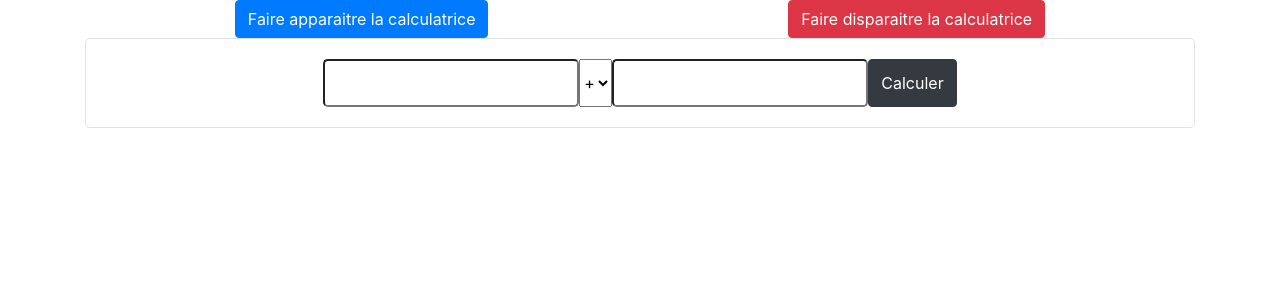
Repository: julieLyM/calculatrice
Page: calculatrice.html
These files come from the project's save history. The page is drawn as it stood at one moment and after a run of saves; the edit follows.
The browser window is 1280 px wide. The pictures show the whole page.

Above is the page before, as saved 2020-12-08 15:19:12.

### calculatrice.html
<!DOCTYPE html>
<html lang="fr">
  <head>
    <meta charset="UTF-8">
    <meta name="viewport" content="width=device-width, initial-scale=1.0">
		<link rel="stylesheet" href="https://cdn.jsdelivr.net/npm/bootstrap@4.5.3/dist/css/bootstrap.min.css" integrity="sha384-TX8t27EcRE3e/ihU7zmQxVncDAy5uIKz4rEkgIXeMed4M0jlfIDPvg6uqKI2xXr2" crossorigin="anonymous">

    <title>exercice calculatrice</title>
  </head>
  <body>
    <div class="container-fluid">
      <div class="container">

        <div class="row justify-content-around" style="margin: 0 auto; text-align:center">
            <button class="btn btn-primary" id="appear" >Faire apparaitre la calculatrice </button>
            <button class="btn btn-danger" id="disapear">Faire disparaitre la calculatrice</button>
        </div>


        <div class="row justify-content-center border w-100 rounded-lg" id="blocCal"  style="padding: 20px;margin: 0px auto; text-align:center">

          <input type="text" class="rounded-lg" value="" id="nombre1">

          <select name="calcul" id="operateur">
            <option>+</option>
            <option>-</option>
            <option>*</option>
            <option>/</option>
          </select>

          <input type="text" class="rounded-lg" value="" id="nombre2">
          <br>
          <br>
          <button type="button" class="btn btn-dark" id="calculer">Calculer</button>
          <br>

          <br>
    </div>
    <div class="row justify-content-center">
      <div id="message"></div>
    </div>
  </div>
</div>
    <!--APPEL JQUERY-->
		<script src="https://code.jquery.com/jquery-3.5.1.min.js" integrity="sha256-9/aliU8dGd2tb6OSsuzixeV4y/faTqgFtohetphbbj0=" crossorigin="anonymous"></script>
		<script src="https://cdn.jsdelivr.net/npm/bootstrap@4.5.3/dist/js/bootstrap.bundle.min.js" integrity="sha384-ho+j7jyWK8fNQe+A12Hb8AhRq26LrZ/JpcUGGOn+Y7RsweNrtN/tE3MoK7ZeZDyx" crossorigin="anonymous"></script>
    <!--NOTRE CODE JS-->
    <script src="calculatrice.js"></script>
  </body>
</html>

### calculatrice.js
//Etapes :
// --------
// - faire une page html
// - créer deux input type text avec deux id différent pour la saisie des valeurs
// - créer un select avec un id pour proposer les différents opérateurs. (+-*/    ** %)
// - créer un bouton avec un id pour lancer le calcul (button, span)

// Avec js :
// ---------
// - lors du click  sur le bouton (evenement) :
// - récupérer les deux saisies des champs text et l'opérateur selectionné

// - il peut être important de passer les saisies dans un parseFloat() pour les transformer en type number
// - declencher le calcul des saisies selon  l'opérateur avec un if qui va tester l'opérateur pour déclencher l'opération.
// - afficher l'opération avec le résultat.

// Pour aller plus loin :
// ----------------------
// - essayer de donner la possibilité de faire apparaitre ou disparaitre la calculatrice

$(document).ready(function () {
  $('#appear').on('click', function () {
    $('#blocCal').slideDown(1000);
  });

  // Cacher la  calculatrice :
  $('#disapear').on('click', function () {
    $('#blocCal').slideUp(1000);
  });

  $('#calculer').on('click', function () {
    var value1 = $('#nombre1').val();
    var signe = $('#operateur').val();
    var value2 = $('#nombre2').val();

    value1 = parseFloat(value1);
    value2 = parseFloat(value2);
    var resultat = '';

    if (signe == '+') {
      resultat = $('#message').html(
        '<div style="background-color: pink;color: yellow; text-align: center;font-size:26px; padding:20px">Résultat addition: ' +
          value1 +
          signe +
          value2 +
          ' = ' +
          (value1 + value2) +
          '</div>'
      );
    } else if (signe == '-') {
      resultat = resultat = $('#message').html(
        '<div style="background-color: pink;color: blue; text-align: center;font-size:26px; padding:20px">Résultat soustration: ' +
          value1 +
          signe +
          value2 +
          ' = ' +
          (value1 - value2) +
          '</div>'
      );
    } else if (signe == '*') {
      resultat = resultat = $('#message').html(
        '<div style="background-color: pink;color: purple; text-align: center;font-size:26px; padding:20px">Résultat multiplication: ' +
          value1 +
          signe +
          value2 +
          ' = ' +
          value1 * value2 +
          '</div>'
      );
    } else if (signe == '/') {
      resultat = resultat = $('#message').html(
        '<div style="background-color: pink;color: green; text-align: center;font-size:26px; padding:20px">Résultat division: ' +
          value1 +
          signe +
          value2 +
          ' = ' +
          value1 / value2 +
          '</div>'
      );
    }
  });

  $('#nombre1, #nombre2').on('mouseover', function () {
    $('#message').html(
      `<div style="background-color: pink;color: red; padding:20px">Saisir un chiffre</div>`
    );
  });

  $('#nombre1, #nombre2').on('mouseout', function () {
    $('#message').html('');
  });

  $('#operateur').on('mouseover', function () {
    $('#message').html(
      `<div style="background-color: pink;color: red; padding:20px">Saisir un opérateur + - / *</div>`
    );
  });
  $('#operateur').on('mouseout', function () {
    $('#message').html('');
  });
});

After the next 3 saves:
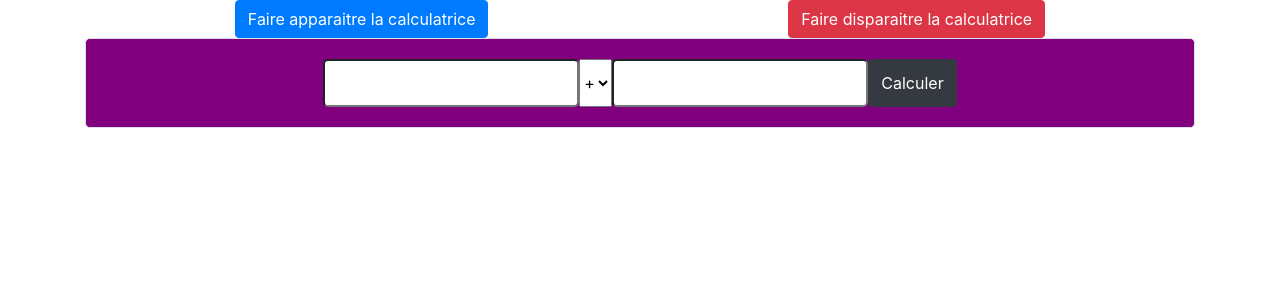
The 3 saves are shown as one change because they came seconds apart.
The last was saved 18 s later.
--- a/calculatrice.html
+++ b/calculatrice.html
@@ -17,7 +17,7 @@
         </div>
 
 
-        <div class="row justify-content-center border w-100 rounded-lg" id="blocCal"  style="padding: 20px;margin: 0px auto; text-align:center">
+        <div class="row justify-content-center border w-100 rounded-lg" id="blocCal"  style="padding: 20px;margin: 0px auto; text-align:center; background-color: purple">
 
           <input type="text" class="rounded-lg" value="" id="nombre1">
 
